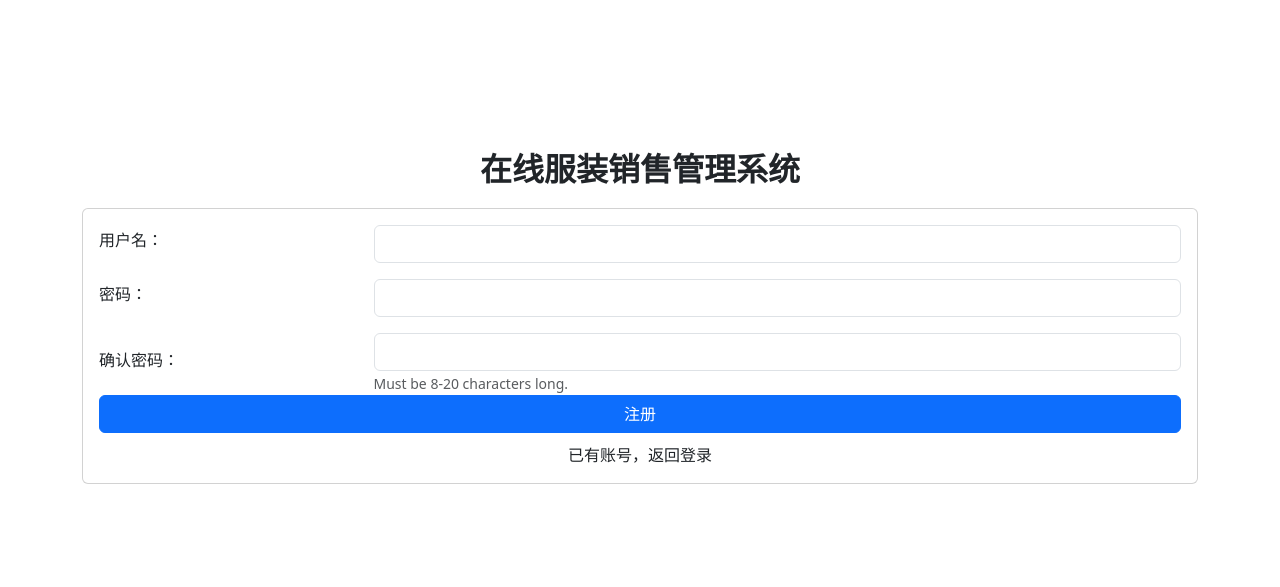
Repository: squawktop/CFS
Page: /user/register (app in web/)
An editor plug-in stored every save of this project. The page is shown before and after the next save, followed by the edit.
The browser window is 1280 px wide. The pictures show the whole page.
The project was rebuilt for these pictures with package versions that can differ from the ones it lists, and the page was loaded fresh each time. Also part of the build but not shown: web/vue.config.js, web/src/views/LoginView.vue, web/src/components/NavBar.vue, web/src/views/HomeView.vue, web/src/views/UsersManageView.vue, web/src/views/PersonalCenterView.vue, web/src/views/GoodsManageView.vue, web/src/views/OrdersManageView.vue and 1 more.

Above is the page before, as saved 2024-03-23 18:34:43.

### web/src/App.vue
<template>
  <RouterView></RouterView>
</template>

<script>


// 导入bootstrap
import "bootstrap/dist/css/bootstrap.min.css"
import "bootstrap/dist/js/bootstrap"
// import { ref } from "vue";

// import $ from 'jquery';
export default {
  components: {

  }
  ,
  setup() {
    // const user_id = ref("");
    // const username = ref("");
    // const password = ref("");

    // $.ajax({
    //   type: "get",
    //   url: "http://127.0.0.1:3000/user/getlist",
    //   success(resp) {
    //     user_id.value = resp[0].id;
    //     username.value = resp[0].username;
    //     password.value = resp[0].password;

    //   },
    //   error() {
    //     this.user_id = "error"
    //   }
    // })




    return {

    }
  }

}

</script>

<style></style>

### web/src/router/index.js
import { createRouter, createWebHistory } from 'vue-router'
// import HomeView from '../views/HomeView.vue'
import LoginView from '../views/LoginView.vue'
import RegisterView from '../views/RegisterView.vue'
import HomeView from '../views/HomeView.vue'
import UsersManageView from '../views/UsersManageView.vue'
import PersonalCenterView from '../views/PersonalCenterView.vue'
import GoodsManageView from '../views/GoodsManageView.vue'
import OrdersManageView from '../views/OrdersManageView.vue'
import NotFound from '../views/NotFoundView.vue'
import store from '@/store/index'

const routes = [
  {
    path: '/',
    name: 'home',
    component: HomeView,
    // redirect: "/user/register",
    meta: { //该页面是否需要授权      //随便写， 也可以设置为   flag : true;
      requestAuth: true,
    }
  },

  {
    path: '/user/login',
    name: 'user_login',
    component: LoginView,
    meta: {
      requestAuth: false,
    }
  },

  {
    path: '/user/register',
    name: 'user_register',
    component: RegisterView,
    meta: { //该页面是否需要授权
      requestAuth: false,
    }
  },
  {
    path: '/user/personalcenter',
    name: 'personal_center',
    component: PersonalCenterView,
    meta: { //该页面是否需要授权
      requestAuth: true,
    }
  },

  {
    path: '/user/usermanage',
    name: 'user_manage',
    component: UsersManageView,
    meta: { //该页面是否需要授权
      requestAuth: true,
    }
  }
  ,
  {
    path: '/goods/manage',
    name: 'goods_manage',
    component: GoodsManageView,
    meta: { //该页面是否需要授权
      requestAuth: true,
    }
  }, {
    path: '/orders/manage',
    name: 'orders_manage',
    component: OrdersManageView,
    meta: { //该页面是否需要授权
      requestAuth: true,
    }
  },


  {
    path: "/404/",
    name: "404",
    component: NotFound
  },
  {
    path: "/:catchAll(.*)",
    redirect: "/404/",  //页面重定向到404
  }
]

const router = createRouter({
  history: createWebHistory(),
  routes
})

router.beforeEach((to, from, next) => {
  if (to.meta.requestAuth && !store.state.user.is_login) {
    next({ name: "user_login" });
  } else {
    next();
  }
})

export default router

### web/src/store/index.js
import { createStore } from 'vuex'
import ModuleUser from '@/store/user'

export default createStore({
  state: {
  },
  getters: {
  },
  mutations: {
  },
  actions: {
  },
  modules: {
    user: ModuleUser,
  }
})

### web/src/views/RegisterView.vue
<template>
    <div class="background">
        <h2>在线服装销售管理系统</h2>
        <ContentField>
            <div class="row justify-content-md-center">
                <div class="">
                    <!-- col-3 -->
                    <form @submit.prevent="register">
                        <!-- <div class="mb-3">
                            <label for="username" class="form-label">用户名</label>
                            <input v-model="username" type="text" class="form-control" id="username"
                                placeholder="请输入用户名" />
                        </div>
                        <div class="mb-3">
                            <label for="password" class="form-label">密码</label>
                            <input v-model="password" type="password" class="form-control" id="password"
                                placeholder="请输入密码" />
                        </div>
                        <div class="mb-3">
                            <label for="confirmedPassword" class="form-label">确认密码</label>
                            <input v-model="confirmedPassword" type="password" class="form-control"
                                id="confirmedPassword" placeholder="请再次输入密码" />
                        </div>
                        <div class="error-message">{{ error_message }} </div>
                        <button type="submit" class="btn btn-primary">注册</button>
                        <div class="tip" @click="loginview">已有账号，返回登录</div> -->

                        <div class="row g-3 align-items-center">
                            <div class="col-sm-3">
                                <label for="username" class="form-label">用户名：</label>
                            </div>
                            <div class="col-sm-9">
                                <input type="text" id="username" class="form-control">
                            </div>

                            <div class="col-sm-3">
                                <label for="password" class="form-label">密码：</label>
                            </div>
                            <div class="col-sm-9">
                                <input type="password" id="password" class="form-control">
                            </div>

                            <div class="col-sm-3">
                                <label for="confirmedPassword" class="form-label">确认密码：</label>
                            </div>
                            <div class="col-sm-9">
                                <input type="password" id="confirmedPassword" class="form-control">
                                <span id="passwordHelpInline" class="form-text text-muted">
                                    Must be 8-20 characters long.
                                </span>
                            </div>
                        </div>

                        <button type="submit" class="btn btn-primary">注册</button>
                        <div class="tip" @click="loginview">已有账号，返回登录</div>



                    </form>
                </div>
            </div>
        </ContentField>
    </div>

</template>

<script>
import ContentField from "@/components/ContentField.vue";
import { ElMessage } from 'element-plus'
import { ref } from 'vue'
import router from "@/router/index";
import $ from 'jquery'

export default {
    components: {
        ContentField,
    },
    setup() {
        let username = ref('');
        let password = ref('');
        let confirmedPassword = ref('');
        let error_message = ref('');

        const register = () => {
            $.ajax({
                url: "http://127.0.0.1:3000/api/user/account/register/",
                type: "post",
                data: {
                    username: username.value,
                    password: password.value,
                    confirmedPassword: confirmedPassword.value,
                },
                success(resp) {
                    if (resp.error_message === 'success') {
                        ElMessage.success("注册成功，请登录");
                        router.push({ name: "user_login" });
                    } else {
                        error_message.value = resp.error_message;
                    }
                }
            })
        }

        const loginview = () => {
            router.push({ name: "user_login" });
        }

        return {
            username,
            password,
            confirmedPassword,
            error_message,
            register,
            loginview,
        }
    }
};
</script>

<style scoped>
h2 {

    text-align: center;
    margin-top: 150px;
    font-weight: bold;
}

button {
    width: 100%;
}

div.error-message {
    color: red;
}

.tip {
    cursor: pointer;
    text-align: center;
    margin-top: 10px;

}

.tip:hover {
    text-decoration: underline;
}
</style>

### web/src/store/user.js
import router from '@/router';
import $ from 'jquery'
export default {
    state: {
        id: "",
        username: "",
        photo: "",
        token: "",
        is_login: false,
        pulling_info: true,
    },
    getters: {
    },
    mutations: {        //一般是用来修改数据的
        updateUser(state, user) {
            state.id = user.id;
            state.username = user.username;
            state.photo = user.photo;
            state.is_login = user.is_login;
        },
        updateToken(state, token) {
            state.token = token;
        },
        logout(state) {
            state.id = "";
            state.username = "";
            state.photo = "";
            state.token = "";
            state.is_login = false;
            router.push({ name: "user_login" });
        },
        updatePullingInfo(state, pulling_info) {
            state.pulling_info = pulling_info;
        },
    },

    actions: {

        login(context, data) {
            $.ajax({
                url: "http://127.0.0.1:3000/api/user/account/token/",
                type: "post",
                data: {
                    username: data.username,
                    password: data.password,
                },
                success(resp) {
                    if (resp.error_message === "success") {
                        localStorage.setItem("jwt_token", resp.token);
                        context.commit("updateToken", resp.token);
                        data.success(resp);
                    } else {
                        data.error(resp);
                    }
                },
                error(resp) {
                    data.error(resp)
                },
            });
        },
        getinfo(context, data) {
            $.ajax({
                url: "http://127.0.0.1:3000/api/user/account/info/",
                type: "get",
                headers: {
                    Authorization:
                        "Bearer " + context.state.token,
                },
                success(resp) {
                    if (resp.error_message === "success") {
                        // console.log(resp);
                        context.commit("updateUser", {
                            ...resp,
                            is_login: true,

                        });
                        data.success(resp);
                    } else {
                        data.success(resp);
                    }

                },
                error(resp) {
                    data.error(resp);
                },
            });

        },
        logout(context) {
            localStorage.removeItem("jwt_token");
            context.commit("logout")
        }
    },
    modules: {
    }
}

### web/src/components/ContentField.vue
<template>
    <div class="container content-field">
        <div class="card">
            <div class="card-body">
                <slot></slot>
            </div>
        </div>
    </div>
</template>

<script>
</script>

<style scoped>
div.content-field {
    margin-top: 20px;
}
</style>

Loaded but not shown: web/public/index.html (common file); web/src/main.js (common file)

After the next save:
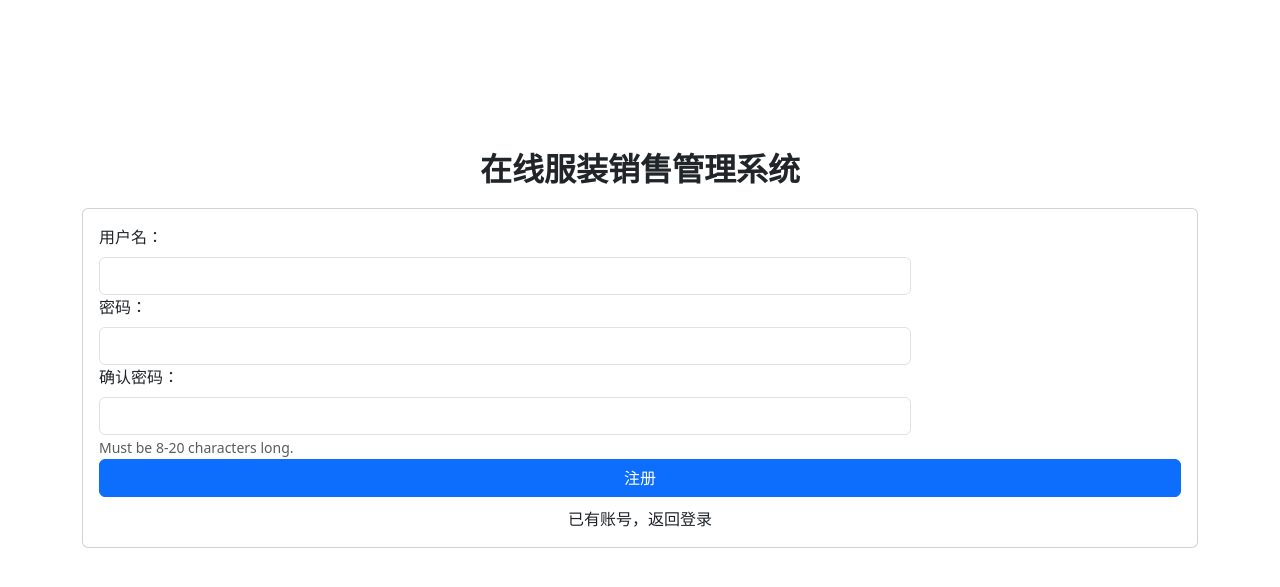
Saved 12 s later.
--- a/web/src/views/RegisterView.vue
+++ b/web/src/views/RegisterView.vue
@@ -25,7 +25,7 @@
                         <button type="submit" class="btn btn-primary">注册</button>
                         <div class="tip" @click="loginview">已有账号，返回登录</div> -->
 
-                        <div class="row g-3 align-items-center">
+                        <div class="g-3 align-items-center">
                             <div class="col-sm-3">
                                 <label for="username" class="form-label">用户名：</label>
                             </div>

After the save that followed:
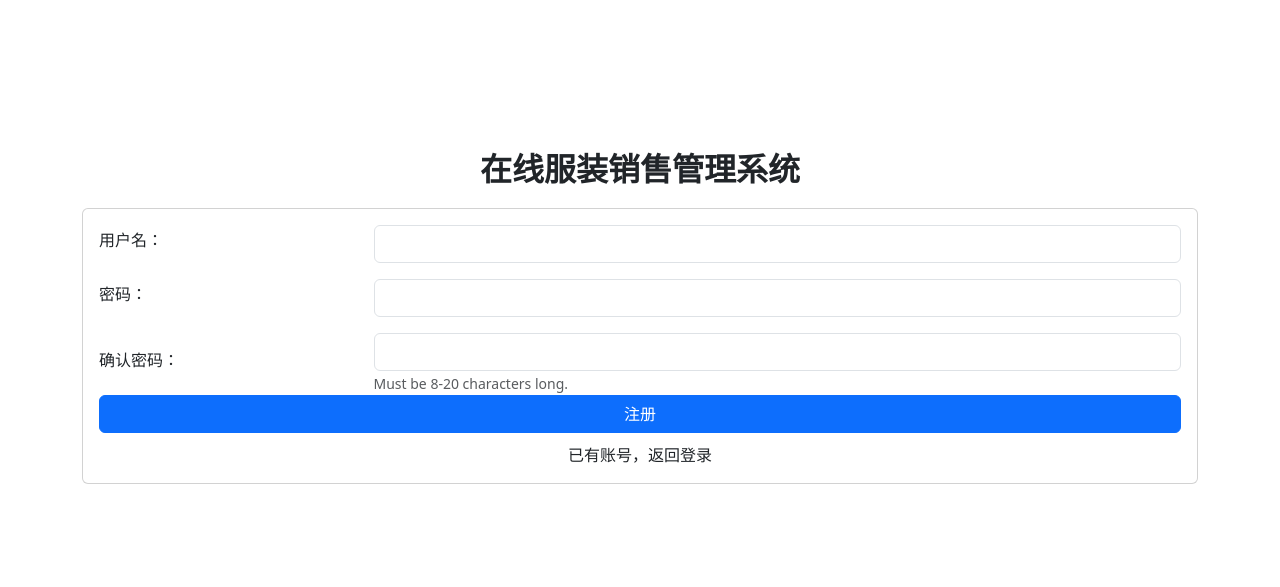
Saved 8 s later.
--- a/web/src/views/RegisterView.vue
+++ b/web/src/views/RegisterView.vue
@@ -25,7 +25,7 @@
                         <button type="submit" class="btn btn-primary">注册</button>
                         <div class="tip" @click="loginview">已有账号，返回登录</div> -->
 
-                        <div class="g-3 align-items-center">
+                        <div class="row g-3 align-items-center">
                             <div class="col-sm-3">
                                 <label for="username" class="form-label">用户名：</label>
                             </div>
